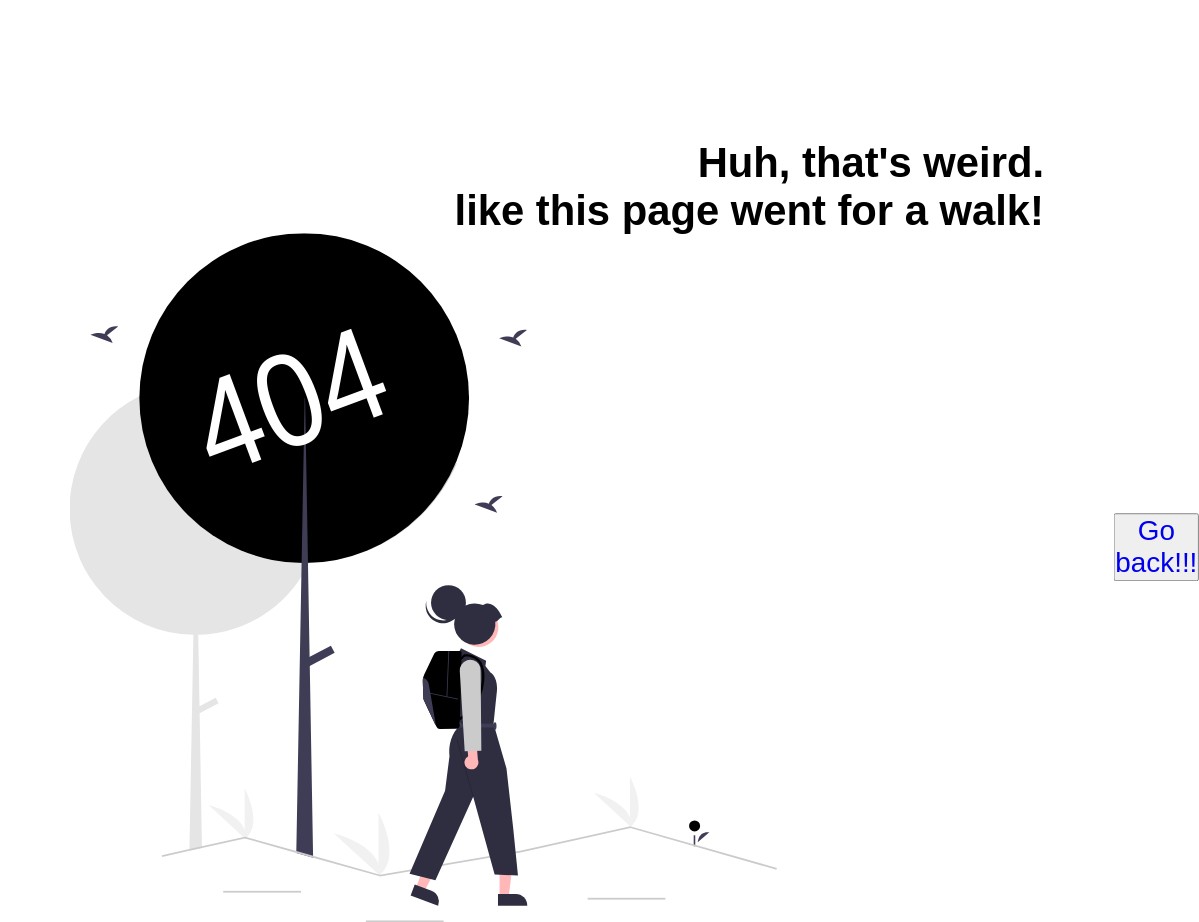
Repository: TeeJaysDev/Portfolio
Page: 404.html
These files come from the project's save history. The page is drawn as it stood at one moment and after the next save; the edit follows.
The browser window is 1280 px wide. The page is 1378 px wide, so the pictures cover 1378 px, including what lies to the right of the window. The pictures show the whole page, at 87% of full size.

Above is the page before, as saved 2021-06-11 23:21:11.

After the next save:
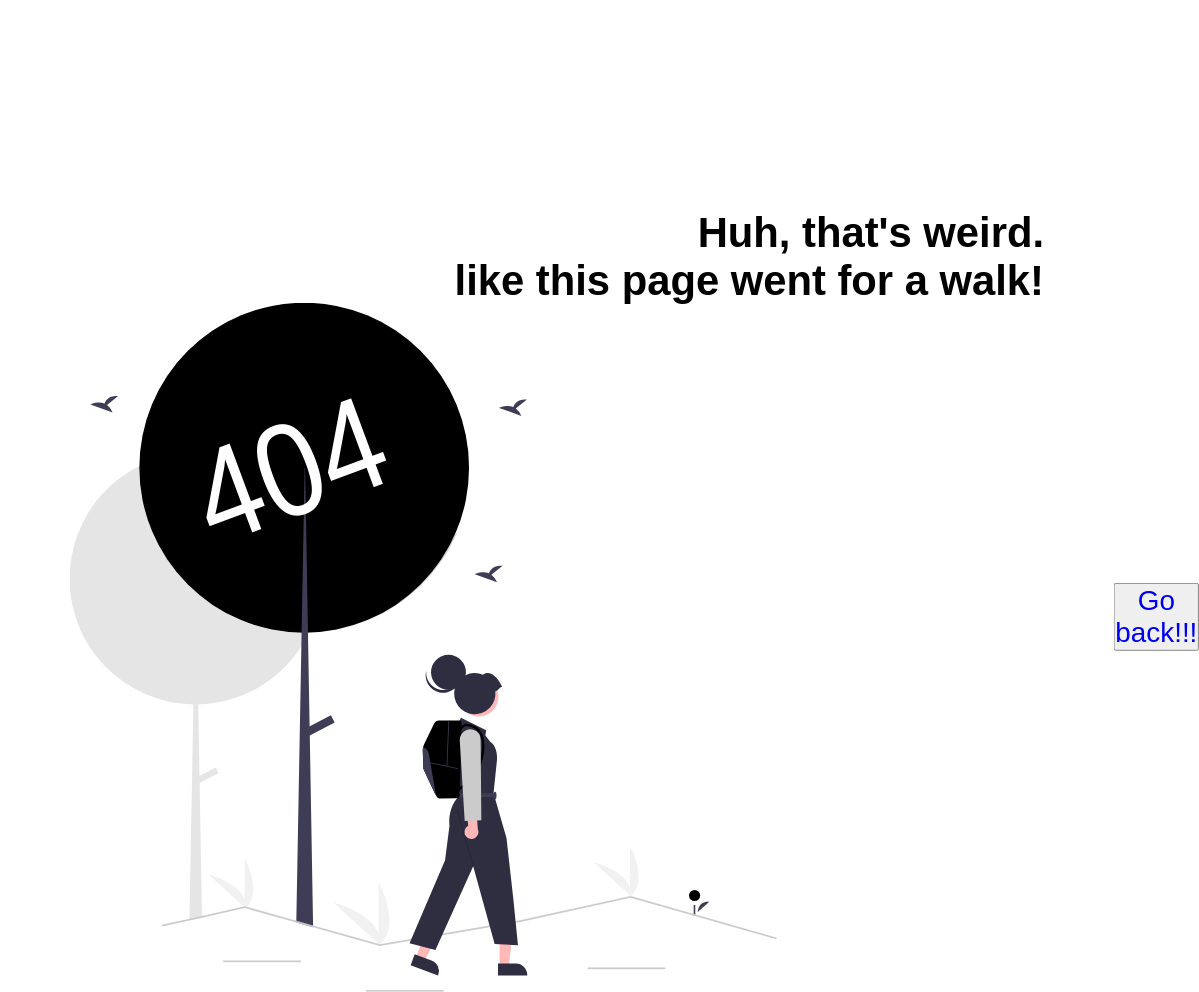
Saved 7 s later.
--- a/404.css
+++ b/404.css
@@ -11,7 +11,7 @@
     font-family: Arial, Helvetica, sans-serif;
     font-weight: 700;
     font-size: 3rem;
-    margin-top: 10rem;
+    margin-top: 15rem;
     margin-right: 5rem;
     text-align: right;
 }
